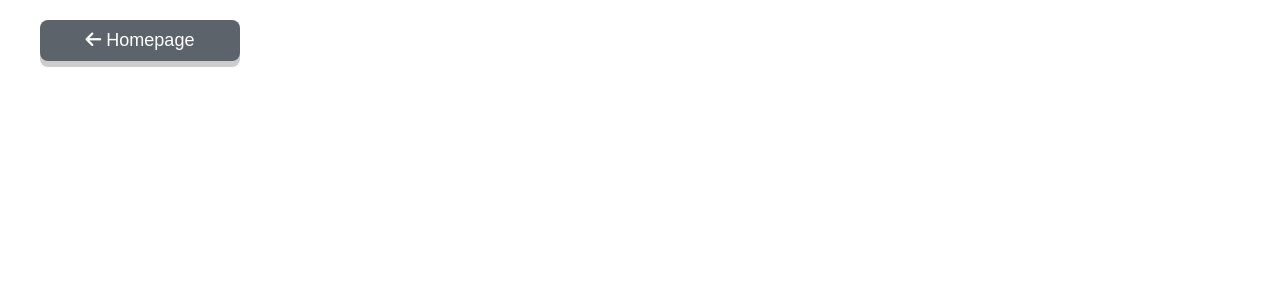
Repository: Trung0810/btl_cnpm_fe
Page: /
These files come from the project's save history. The page is drawn as it stood at one moment and after the next save; the edit follows.
The browser window is 1280 px wide. The pictures show the whole page.
The project was rebuilt for these pictures with package versions that can differ from the ones it lists, and the page was loaded fresh each time. Also part of the build but not shown: src/components/header/header.css, src/components/header/Header.js, src/components/footer/Footer.css, src/components/footer/Footer.js, src/components/shoes_list/ShoesCard.css, src/components/shoes_list/ShoesCard.js, src/components/shoes_list/ShoesList.css, src/components/shoes_list/ShoesList.js and 17 more.

Above is the page before, as saved 2026-03-31 11:36:15.

### public/index.html
<!doctype html>
<html lang="en">
  <head>
    <meta charset="utf-8" />
    <link rel="icon" href="%PUBLIC_URL%/favicon.ico" />
    <meta name="viewport" content="width=device-width, initial-scale=1" />
    <meta name="theme-color" content="#000000" />
    <meta
      name="description"
      content="Web site created using create-react-app"
    />
    <link rel="apple-touch-icon" href="%PUBLIC_URL%/logo192.png" />
    <!--
      manifest.json provides metadata used when your web app is installed on a
      user's mobile device or desktop. See https://developers.google.com/web/fundamentals/web-app-manifest/
    -->
    <link rel="manifest" href="%PUBLIC_URL%/manifest.json" />
    <!--
      Notice the use of %PUBLIC_URL% in the tags above.
      It will be replaced with the URL of the `public` folder during the build.
      Only files inside the `public` folder can be referenced from the HTML.

      Unlike "/favicon.ico" or "favicon.ico", "%PUBLIC_URL%/favicon.ico" will
      work correctly both with client-side routing and a non-root public URL.
      Learn how to configure a non-root public URL by running `npm run build`.
    -->
    <link rel="preconnect" href="https://fonts.googleapis.com" />
    <link rel="preconnect" href="https://fonts.gstatic.com" crossorigin />
    <link
      href="https://fonts.googleapis.com/css2?family=DM+Sans:ital,opsz,wght@0,9..40,100..1000;1,9..40,100..1000&family=Oswald:wght@200..700&display=swap"
      rel="stylesheet"
    />
    <title>React App</title>
  </head>
  <body>
    <noscript>You need to enable JavaScript to run this app.</noscript>
    <div id="root"></div>
    <!--
      This HTML file is a template.
      If you open it directly in the browser, you will see an empty page.

      You can add webfonts, meta tags, or analytics to this file.
      The build step will place the bundled scripts into the <body> tag.

      To begin the development, run `npm start` or `yarn start`.
      To create a production bundle, use `npm run build` or `yarn build`.
    -->
  </body>
</html>

### src/index.js
import React from "react";
import ReactDOM from "react-dom/client";
import App from "./App";
import reportWebVitals from "./reportWebVitals";
import "./index.css";
import "./reset.css";
import "@fortawesome/fontawesome-free/css/all.min.css";

const root = ReactDOM.createRoot(document.getElementById("root"));
root.render(
  <React.StrictMode>
    <App />
  </React.StrictMode>,
);

// If you want to start measuring performance in your app, pass a function
// to log results (for example: reportWebVitals(console.log))
// or send to an analytics endpoint. Learn more: https://bit.ly/CRA-vitals
reportWebVitals();

### src/App.js
import { Fragment } from "react";
import Header from "./components/header/Header";
import Footer from "./components/footer/Footer";
import HomePage from "./components/home_page/HomePage";
import ShoesPage from "./components/shoes_page/ShoesPage";
import LoginForm from "./components/login_form/LoginForm";
import LoginPage from "./components/login_page/LoginPage";
import RegisterPage from "./components/register_page/RegisterPage";
import "./App.css";

function App() {
  return (
    <Fragment>
      {/* <Header></Header> */}
      {/* <HomePage></HomePage> */}
      {/* <ShoesPage></ShoesPage> */}
      {/* <Footer></Footer> */}
      {/* <LoginPage></LoginPage> */}
      <RegisterPage></RegisterPage>
    </Fragment>
  );
}

export default App;

### src/index.css
body {
  margin: 0;
  font-family:
    -apple-system, BlinkMacSystemFont, "Segoe UI", "Roboto", "Oxygen", "Ubuntu",
    "Cantarell", "Fira Sans", "Droid Sans", "Helvetica Neue", sans-serif;
  -webkit-font-smoothing: antialiased;
  -moz-osx-font-smoothing: grayscale;
  font-family: "DM Sans", sans-serif;
}
body::-webkit-scrollbar {
  display: none;
}
code {
  font-family:
    source-code-pro, Menlo, Monaco, Consolas, "Courier New", monospace;
}
* {
  box-sizing: border-box;
}

### src/components/register_page/RegisterPage.js
import React, { Fragment } from "react";
import RegisterForm from "../register_form/RegisterForm";

const RegisterPage = () => {
  return (
    <Fragment>
      <button
        style={{
          backgroundColor: "#5C636A",
          color: "#fff",
          position: "absolute",
          top: "20px",
          left: "40px",
        }}
      >
        <i className="fa fa-arrow-left"></i> Homepage
      </button>
      <RegisterForm></RegisterForm>
    </Fragment>
  );
};

export default RegisterPage;

### src/App.css
input {
  display: block;
  font-size: 16px;
  font-weight: 500;
  padding: 10px 20px;
  border: 2px solid #ccc;
  border-radius: 8px;
  outline: none;
}
input:focus {
  border-color: #20e3b4;
}
button {
  display: block;
  width: 200px;
  padding: 10px 30px;
  font-size: 18px;
  font-weight: 500;
  border-radius: 8px;
  border: none;
  outline: none;
  cursor: pointer;
  box-shadow: 0 6px 0 0 #ccc;
  transition: all 0.25s linear;
}
button:active {
  box-shadow: 0 3px 0 0 #ccc;
  transform: translateY(3px);
}

### src/components/register_form/RegisterForm.js
import React from "react";

const RegisterForm = () => {
  return (
    <form className="register-form">
      <div className="register-form-wrapper"></div>
    </form>
  );
};

export default RegisterForm;

Loaded but not shown: src/reportWebVitals.js (common file); src/reset.css (common file)

After the next save:
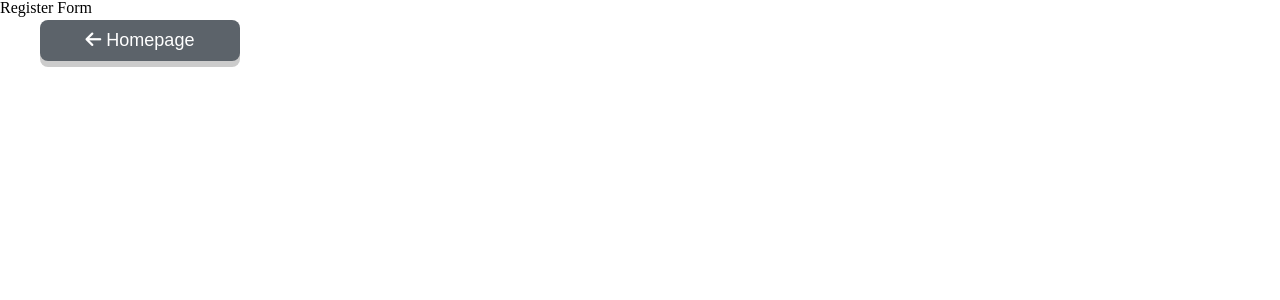
Saved 92 min 34 s later.
--- a/src/components/register_form/RegisterForm.js
+++ b/src/components/register_form/RegisterForm.js
@@ -3,6 +3,7 @@ import React from "react";
 const RegisterForm = () => {
   return (
     <form className="register-form">
+      <h2 className="register-title">Register Form</h2>
       <div className="register-form-wrapper"></div>
     </form>
   );
